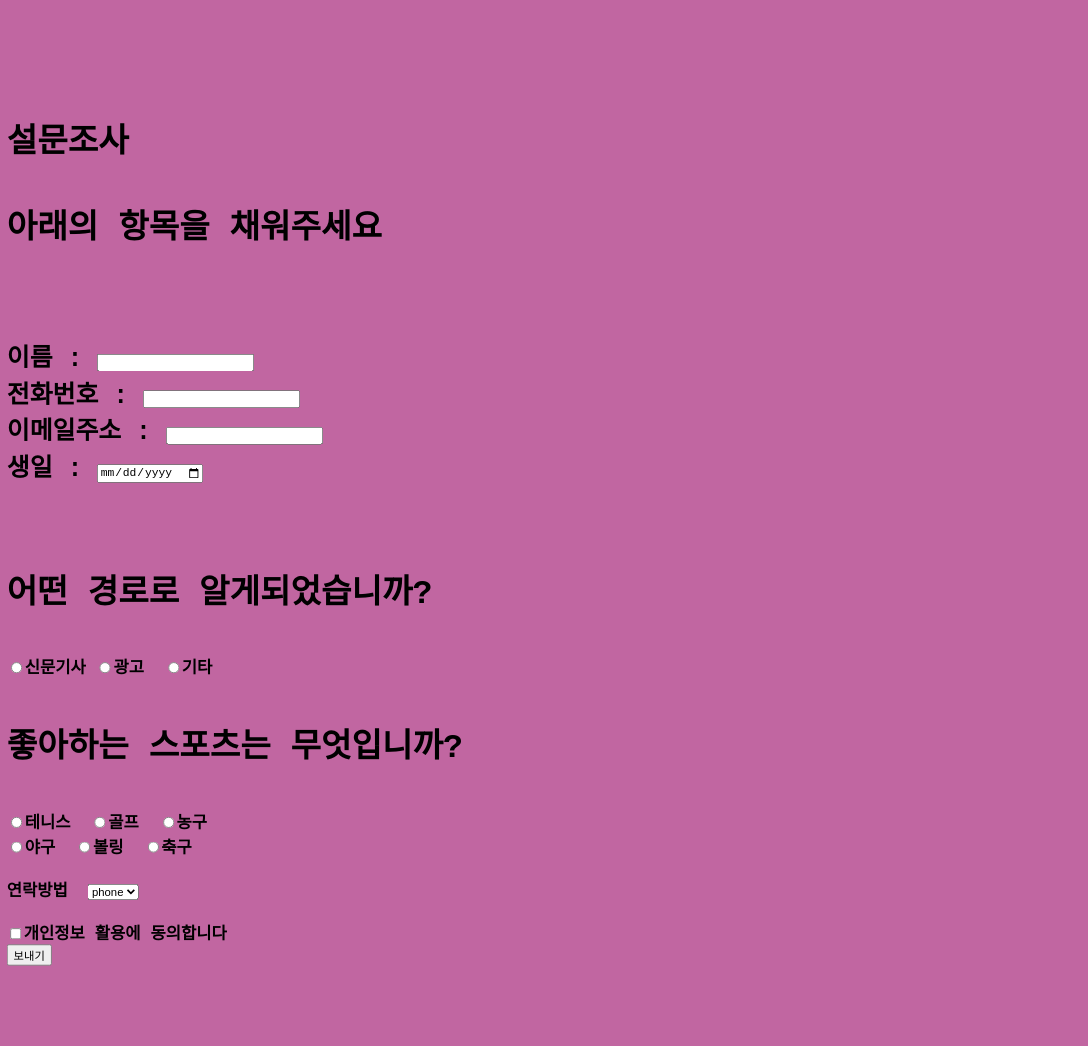
Repository: violetaplum/eclipseJSP
Page: http://localhost/JSP/jsp_DB/dao.jsp
An editor plug-in stored every save of this project. The page is shown before and after the next save, followed by the edit.
The browser window is 1280 px wide. The pictures show the whole page, at 85% of full size.
The page is served by Tomcat 9. Other server files are loaded and not shown.

Above is the page before, as saved 2019-06-12 10:05:33.

### JSP/WebContent/jsp_DB/dao.jsp
<%@page import="java.sql.PreparedStatement"%>
<%@page import="java.sql.DriverManager"%>
<%@page import="java.sql.Connection"%>
<%@page import="java.sql.ResultSet" %>
<%@page import="java.util.ArrayList"%>
<%-- <%@page import="telinfoDAO.TelInfoDAO"%>
<%@page import="telinfoVO.TelInfoVO"%> --%>
<%@ page language="java" contentType="text/html; charset=UTF-8"
    pageEncoding="UTF-8"%>
<%request.setCharacterEncoding("utf-8");%>

<%-- <%
response.setCharacterEncoding("utf-8");
TelInfoDAO tidao = new TelInfoDAO();
ArrayList<TelInfoVO> tiArray = tidao.getAllInfo();

%> --%>
<!DOCTYPE html>
<html>
<head>
  <style>
  body
  {
    background: #c166a1;
    align:center;
  }
  </style>

</head>
<body>
<h2>
<pre>

<form action="./dao2.jsp" method="get">
<h1>
설문조사

아래의 항목을 채워주세요
</h1>
<h2>
이름 : <input type="text" name="name" />
전화번호 : <input type="text" name="tel" />
이메일주소 : <input type="text" name="email" />
생일 : <input type="date" name="birth" />
</h2>

<h1>어떤 경로로 알게되었습니까?</h1>
<input type="radio" name="radio1" value="신문기사"/>신문기사 <input type="radio" name="radio1" value="광고"/>광고  <input type="radio" name="radio1" value="기타" />기타

<h1>좋아하는 스포츠는 무엇입니까?</h1>
<input type="radio" name="radio2" value="테니스" />테니스  <input type="radio" name="radio2" value="골프" />골프  <input type="radio" name="radio2" value="농구" />농구
<input type="radio" name="radio2" value="야구" />야구  <input type="radio" name="radio2" value="볼링" />볼링  <input type="radio" name="radio2" value="축구" />축구

연락방법  <select name="select" id="select" value="select">
          <option value="phone">
            phone
          </option>
          <option value="email">
            email
          </option>
          <option value="sms">
            sms
          </option>
</select>

<input type="checkbox" name="check" />개인정보 활용에 동의합니다
<input type="submit" value="보내기" />


</form>
</pre>


</h2>
</body>
</html>

After the next save:
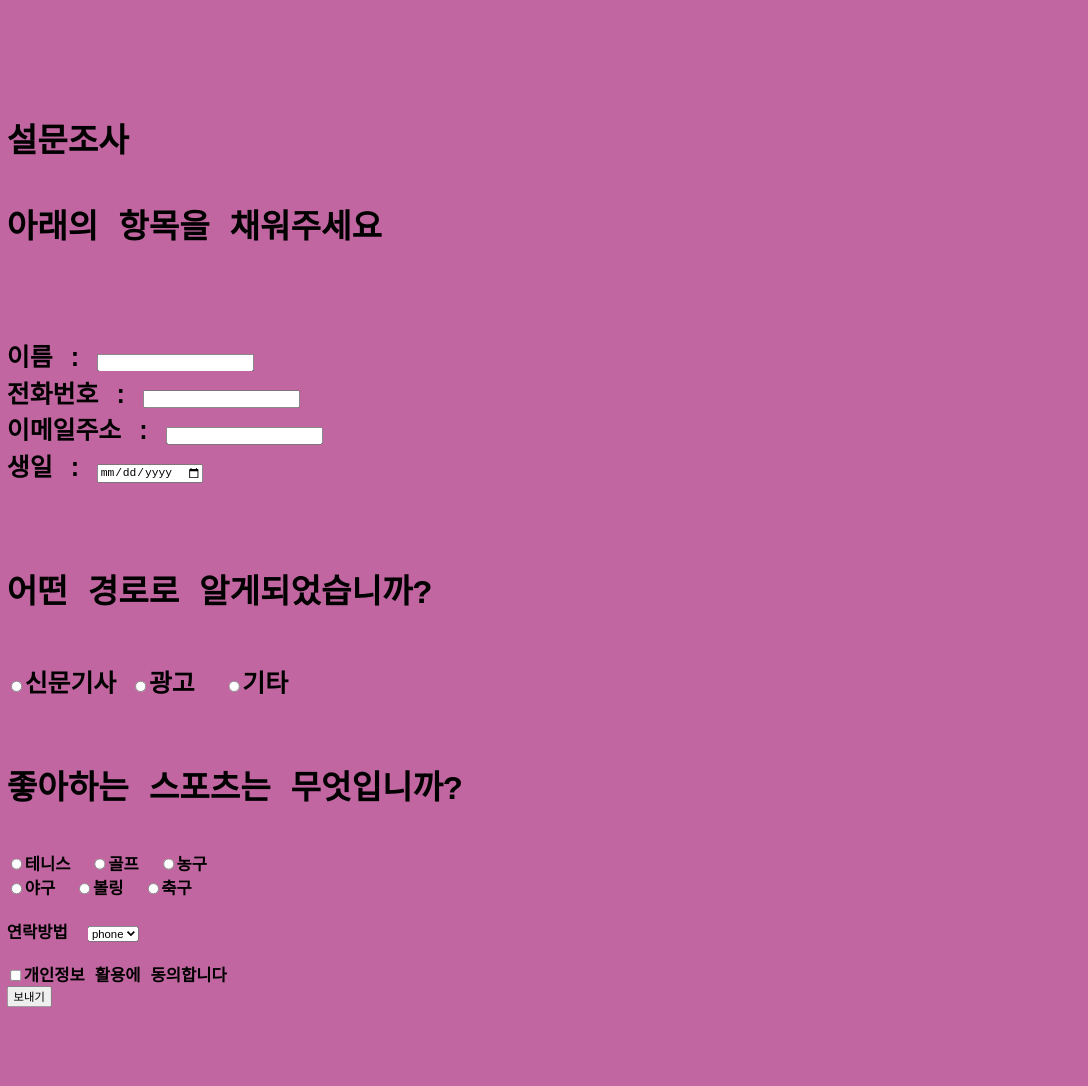
Saved 13 s later.
--- a/JSP/WebContent/jsp_DB/dao.jsp
+++ b/JSP/WebContent/jsp_DB/dao.jsp
@@ -44,9 +44,9 @@ ArrayList<TelInfoVO> tiArray = tidao.getAllInfo();
 생일 : <input type="date" name="birth" />
 </h2>
 
-<h1>어떤 경로로 알게되었습니까?</h1>
+<h1>어떤 경로로 알게되었습니까?</h1><h2>
 <input type="radio" name="radio1" value="신문기사"/>신문기사 <input type="radio" name="radio1" value="광고"/>광고  <input type="radio" name="radio1" value="기타" />기타
-
+</h2>
 <h1>좋아하는 스포츠는 무엇입니까?</h1>
 <input type="radio" name="radio2" value="테니스" />테니스  <input type="radio" name="radio2" value="골프" />골프  <input type="radio" name="radio2" value="농구" />농구
 <input type="radio" name="radio2" value="야구" />야구  <input type="radio" name="radio2" value="볼링" />볼링  <input type="radio" name="radio2" value="축구" />축구
